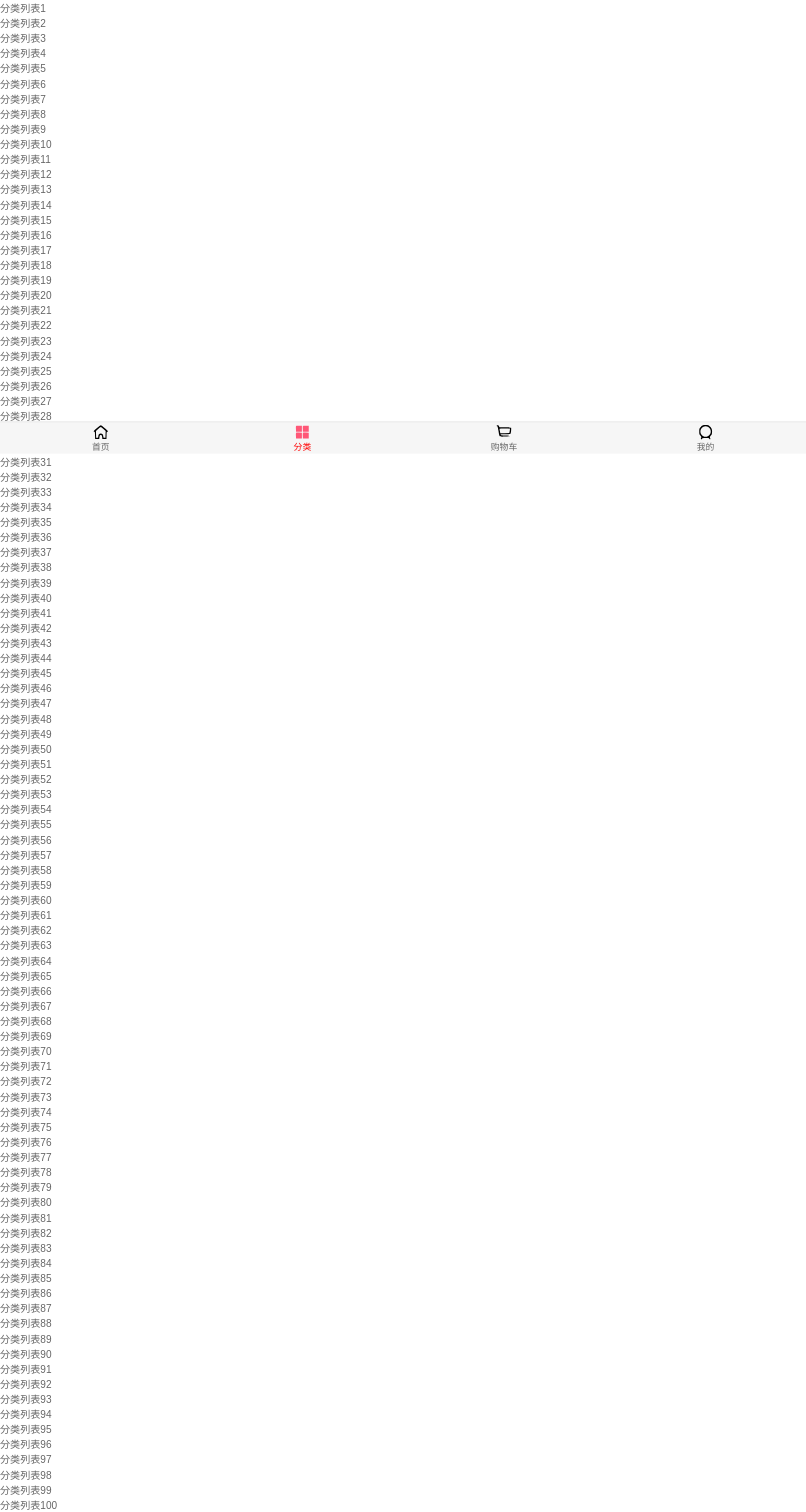
Repository: pumbaaWen/testmall
Page: /category
The author's editor kept a copy of each file at every save. The page is drawn from the files as they stood at one save, then again after the next save.
The browser window is 1280 px wide. The pictures show the whole page, at 63% of full size.
The project was rebuilt for these pictures with package versions that can differ from the ones it lists, and the page was loaded fresh each time.

Above is the page before, as saved 2021-10-27 11:04:28.

After the next save:
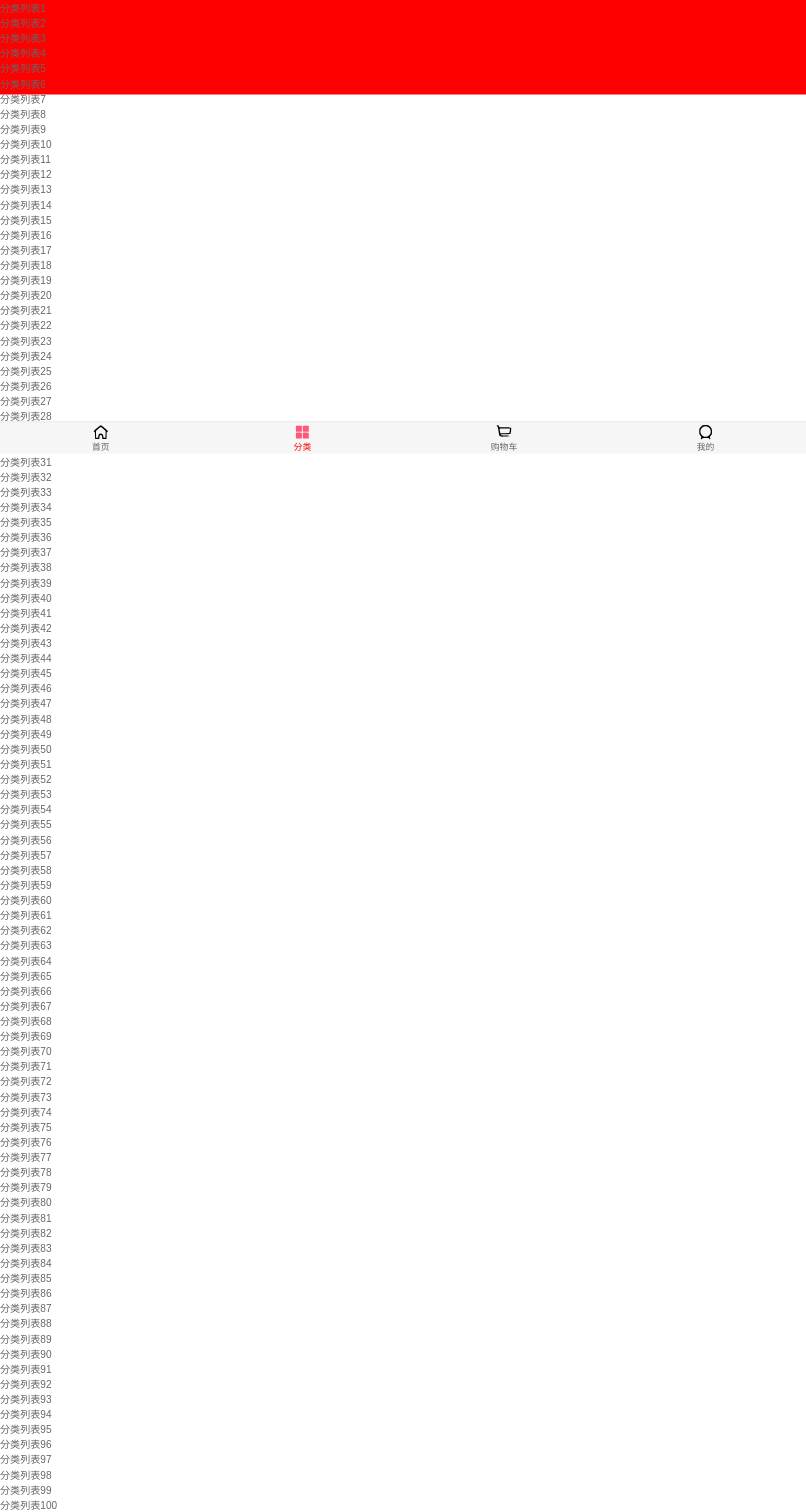
Saved 31 s later.
--- a/src/views/category/Category.vue
+++ b/src/views/category/Category.vue
@@ -119,6 +119,7 @@ export default {
 
 <style scoped>
   .conent {
-
+    height: 150px;
+    background: red;
   }
 </style>
